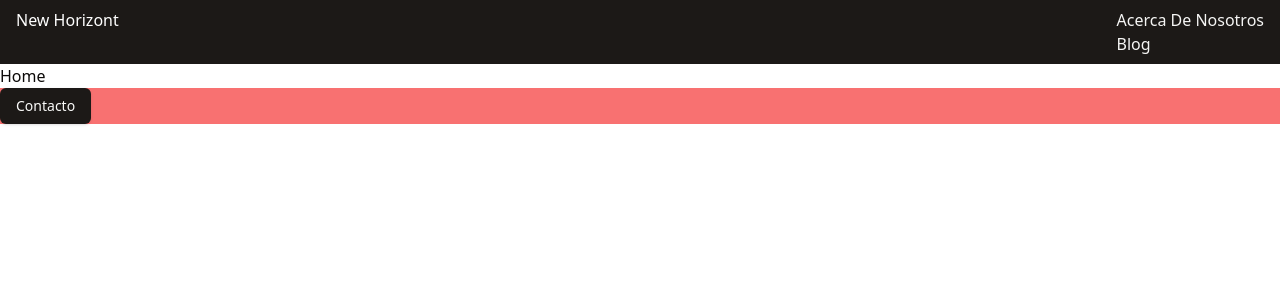
Repository: jefrydep/new-horizont-school
Page: /
The author's editor kept a copy of each file at every save. The page is drawn from the files as they stood at one save, then again after the next save.
The browser window is 1280 px wide. The pictures show the whole page.
The project was rebuilt for these pictures with package versions that can differ from the ones it lists, and the page was loaded fresh each time. The framework's server and built-in components were replaced by stand-ins that run in the browser. Also part of the build but not shown: next.config.ts.

Above is the page before, as saved 2024-11-07 17:32:18.

After the next save:
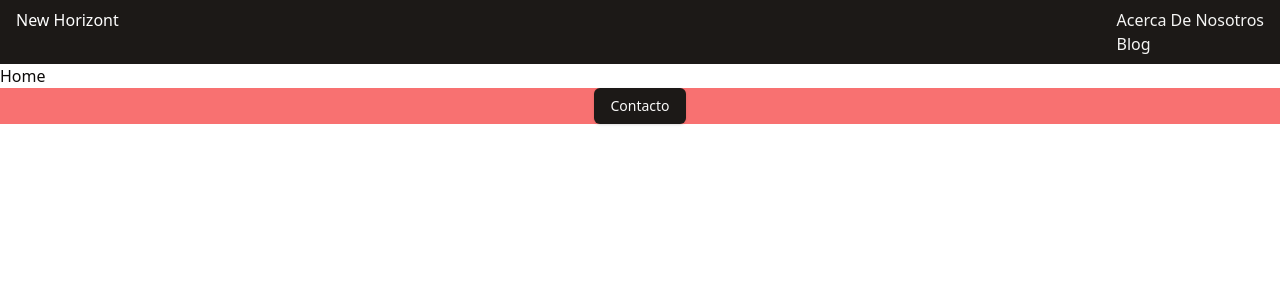
Saved 11 s later.
--- a/src/app/layout.tsx
+++ b/src/app/layout.tsx
@@ -32,7 +32,7 @@ export default function RootLayout({
       >
         <Navbar />
         {children}
-        <div className=" bg-red-400">
+        <div className=" bg-red-400 flex justify-center">
           <Button>Contacto</Button>
         </div>
         {/* <div className="absolute bg-red-400 bottom-0 left-1/2 transform -translate-x-1/2 mb-4">
